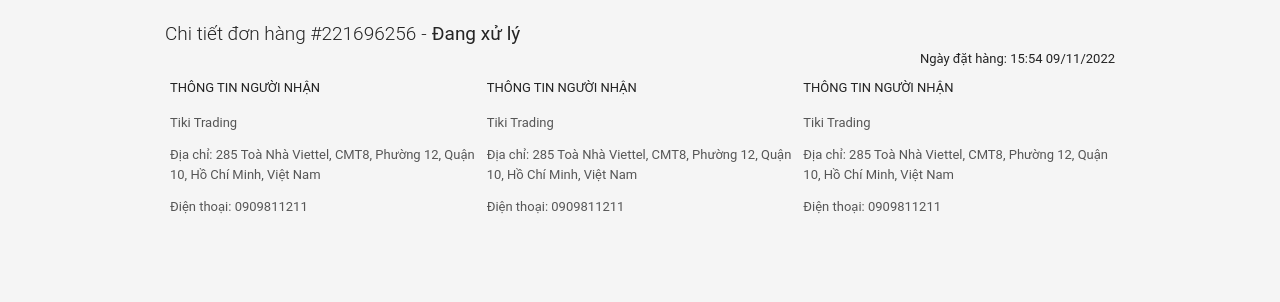
Repository: baopham2-tiki/tiki-order-listing
Page: /detailApp
An editor plug-in stored every save of this project. The page is shown before and after the next save, followed by the edit.
The browser window is 1280 px wide. The pictures show the whole page.
The page's requests for data from a server got no answer. The project was rebuilt for these pictures with package versions that can differ from the ones it lists, and the page was loaded fresh each time. The framework's server and built-in components were replaced by stand-ins that run in the browser. No one was signed in, and anything a server would have sent is missing. Also part of the build but not shown: next.config.js.

Above is the page before, as saved 2022-11-10 14:56:47.

After the next save:
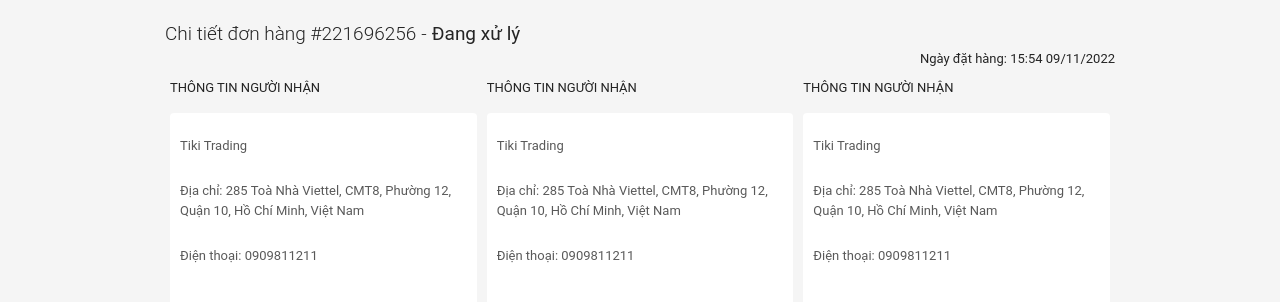
Saved 40 s later.
--- a/components/detail.jsx
+++ b/components/detail.jsx
@@ -55,6 +55,14 @@ const Section = styled.div`
     margin: 0px 0px 15px;
     color: rgb(36, 36, 36);
  }
+ .content{
+    display: flex;
+    flex-direction: column;
+    background-color: rgb(255, 255, 255);
+    padding: 10px;
+    border-radius: 4px;
+    height: 100%;
+ }
 `
 const detail = () => {
     const details = useSelector((state) => state.orders.data)
@@ -69,7 +77,8 @@ const detail = () => {
         <CreateDate>Ngày đặt hàng: 15:54 09/11/2022</CreateDate>
         <DetailGroup>
             <DetailGroupSection>
-                <Section><div className="title">Thông tin người nhận</div>
+                <Section>
+                    <div className="title">Thông tin người nhận</div>
                     <div className="content"><p className="name">Tiki Trading</p><p className="address"><span>Địa chỉ: </span>285 Toà Nhà Viettel, CMT8, Phường 12, Quận 10, Hồ Chí Minh, Việt Nam</p><p className="phone"><span>Điện thoại: </span>0909811211</p></div></Section>
             </DetailGroupSection>
             <DetailGroupSection>
